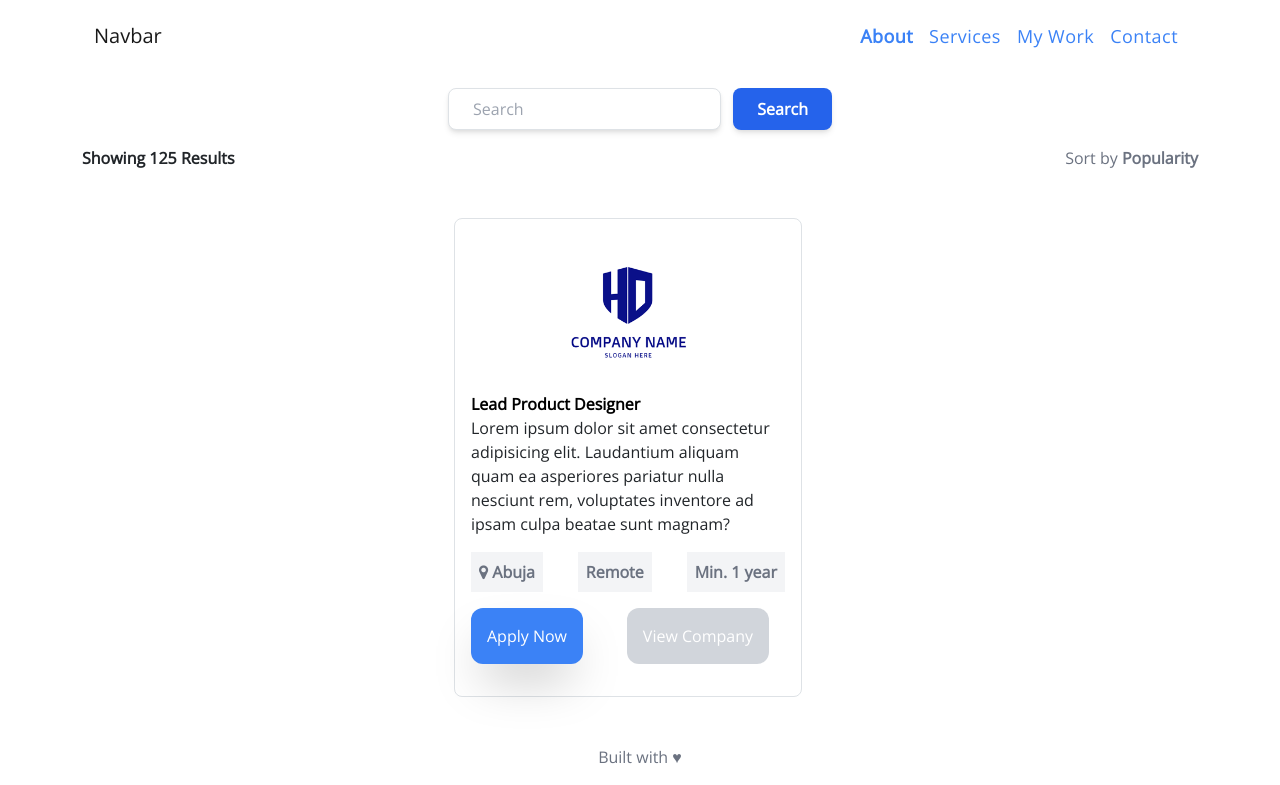
Repository: latenightsnacc/giggles
Page: HTML/search.html
These files come from the project's save history. The page is drawn as it stood at one moment and after the next save; the edit follows.
The browser window is 1280 px wide. The pictures show the whole page.
Some web libraries are served in a nearby version.

Above is the page before, as saved 2021-01-04 12:10:19.

After the next save:
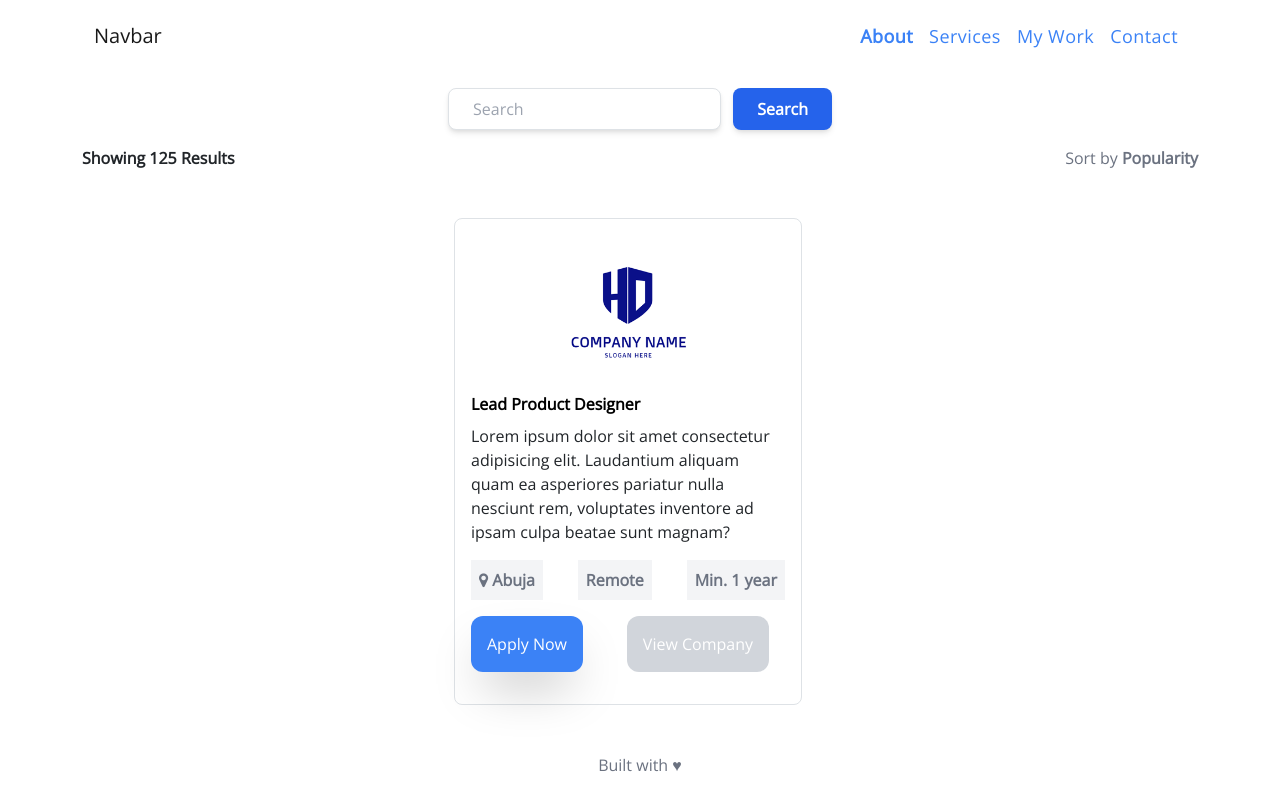
Saved 8 s later.
--- a/HTML/search.html
+++ b/HTML/search.html
@@ -62,7 +62,7 @@
                         <a href="#" class="flex justify-center">
                             <img src="assets/logo.png" alt="company-logo" style="max-width: 50%;">
                         </a>
-                        <div class="text-black text-md font-bold">Lead Product Designer</div>
+                        <div class="text-black text-md font-bold pb-2">Lead Product Designer</div>
                         <p>Lorem ipsum dolor sit amet consectetur adipisicing elit. Laudantium aliquam quam ea asperiores pariatur nulla nesciunt rem, voluptates inventore ad ipsam culpa beatae sunt magnam?</p>
                         <div class="flex flex-row justify-between">
                             <span class="bg-gray-100 text-gray-500 p-2 font-semibold"><i class="fa fa-map-marker"></i> Abuja</span>
